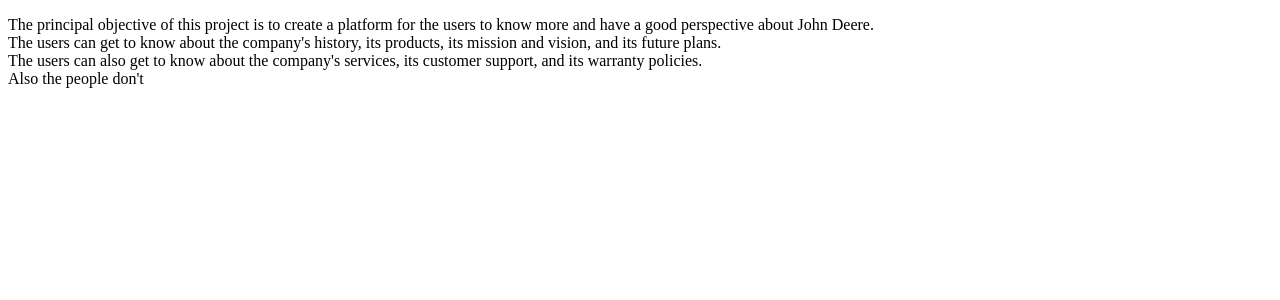
Repository: EduardoJunqueira2004/WEBJohnDeere
Page: aboutus.html
The author's editor kept a copy of each file at every save. The page is drawn from the files as they stood at one save, then again after a run of saves.
The browser window is 1280 px wide. The pictures show the whole page.

Above is the page before, as saved 2024-12-05 11:30:36.

After the next 5 saves:
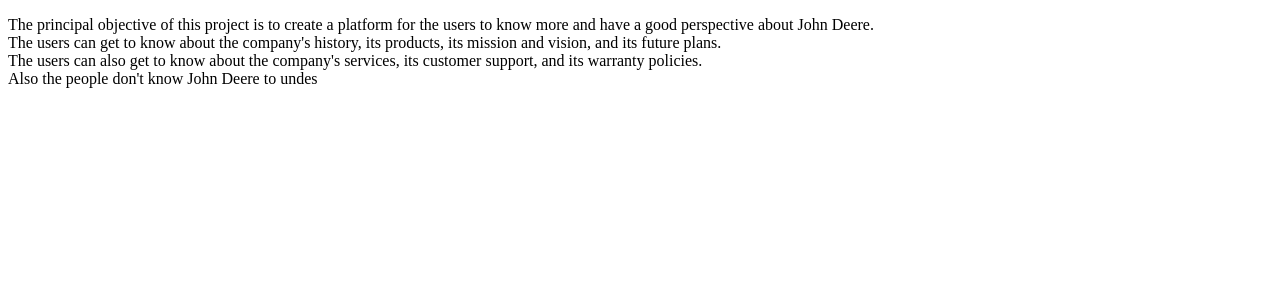
The 5 saves are shown as one change because they came seconds apart.
The last was saved 11 s later.
--- a/aboutus.html
+++ b/aboutus.html
@@ -10,7 +10,7 @@
         The principal objective of this project is to create a platform for the users to know more and have a good perspective about John Deere.<br>
         The users can get to know about the company's history, its products, its mission and vision, and its future plans.<br>
         The users can also get to know about the company's services, its customer support, and its warranty policies.<br>
-        Also the people don't
+        Also the people don't know John Deere to undes
     </p>
 </body>
 </html>
